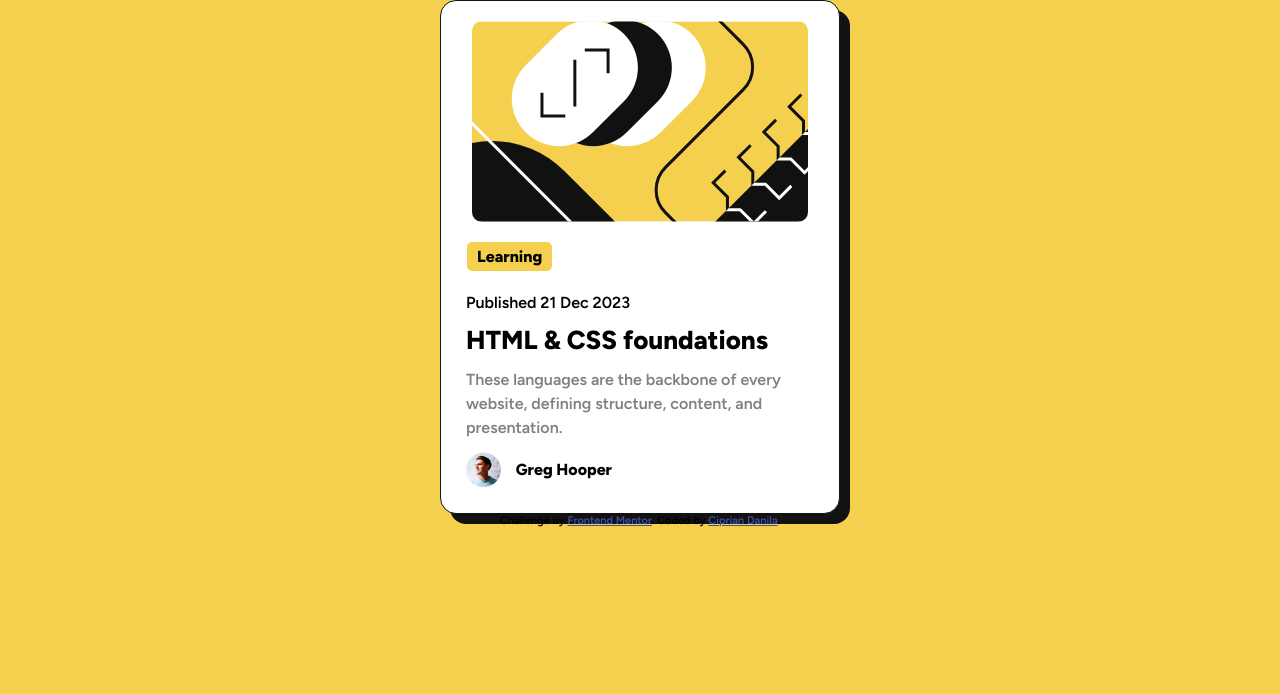
Repository: cipdanila/blog-preview-card
Page: index.html
These files come from the project's save history. The page is drawn as it stood at one moment and after the next save; the edit follows.
The browser window is 1280 px wide. The pictures show the whole page.

Above is the page before, as saved 2024-01-26 19:12:53.

### index.html
<!DOCTYPE html>
<html lang="en">
<head>
  <meta charset="UTF-8">
  <meta name="viewport" content="width=device-width, initial-scale=1.0"> <!-- displays site properly based on user's device -->

  <link rel="icon" type="image/png" sizes="32x32" href="./assets/images/favicon-32x32.png">
  <link rel="stylesheet" href="style.css">
  <title>Frontend Mentor | Blog preview card</title>

</head>
<body>
  <main>
    <div class="container">
      <div class="image">
        <img src="./assets/images/illustration-article.svg" alt="illustration article">
      </div>
      <div class="general">
        <div class="learning">
          <p>Learning</p>
        </div>
        <div class="publish">
          <p>Published 21 Dec 2023</p>
        </div>
        <div class="title">
          <h1>HTML & CSS foundations</h1>
        </div>
        <div class="info">
          <p>
            These languages are the backbone of every website, defining structure, content, and presentation.
          </p>
        </div>
        <div class="avatar">
          <img src="./assets/images/image-avatar.webp" alt="avatar">
          <p>Greg Hooper</p>
        </div>
      </div>
    </div>
  </main>

  <footer>
    <div class="attribution">
        Challenge by
        <a
            href="https://www.frontendmentor.io/challenges/blog-preview-card-ckPaj01IcS"
            target="_blank"
            rel="noopener noreferer"
            >Frontend Mentor</a
        >. Coded by <a href="https://github.com/cipdanila" target="_blank" rel="noopener noreferer">Ciprian Danila</a>.
    </div>
</footer>
</body>
</html>

### style.css
@import url('https://fonts.googleapis.com/css2?family=Figtree:wght@600;800&display=swap');

:root {
    /* Colors */
    /* Primary */
    --yellow: hsl(47, 88%, 63%);

    /* Neutral */
    --white: hsl(0, 0%, 100%);
    --grey: hsl(0, 0%, 50%);
    --black: hsl(0, 0%, 7%);
}

* {
    margin: 0;
    padding: 0;
    box-sizing: border-box;
}

body {
    display: flex;
    flex-direction: column;
    font-family: 'Figtree', sans-serif;
    font-size: 16px;
    font-weight: 600;
    background-color: var(--yellow);
}

.container {
    min-width: 400px;
    width: 30%;
    margin: auto;
    padding: 1.25rem 0.625rem;
    border-radius: 1rem;
    border: 1px solid var(--black);
    box-shadow: 10px 10px var(--black);
    display: flex;
    flex-direction: column;
    align-items: center;
    background-color: var(--white);
}

.image img {
    border-radius: 0.625rem;
}

.general {
    display: flex;
    flex-direction: column;
    align-self: start;
}

.learning {
    width: fit-content;
    background-color: var(--yellow);
    margin: 1rem;
    padding: 5px 10px;
    border-radius: 5px;
    font-weight: 800;
}

.publish, .title, .info {
    width: auto;
    margin: 5px;
    padding: 1px 10px;
}

.title h1 {
    font-weight: 800;
    font-size: 1.625rem;
}

.info p {
    color: var(--grey);
    line-height: 1.5;
    font-weight: 100;
}

.avatar {
    width: auto;
    display: flex;
    align-items: center;
    margin: 5px;
    padding: 1px 10px;
}

.avatar img {
    width: 10%;
}

.avatar p {
    display: inline-block;
    margin: 5px;
    padding: 1px 10px;
    font-weight: 800;
}

.attribution {
    font-size: 11px;
    text-align: center;
}
.attribution a {
    color: hsl(228, 45%, 44%);
}

/* @media (max-width: 576px) {
    .container {
        max-width: 100%;
    }
}

@media (min-width: 1440px) {
    .container {
        max-width: 1200px;
    }
} */

After the next save:
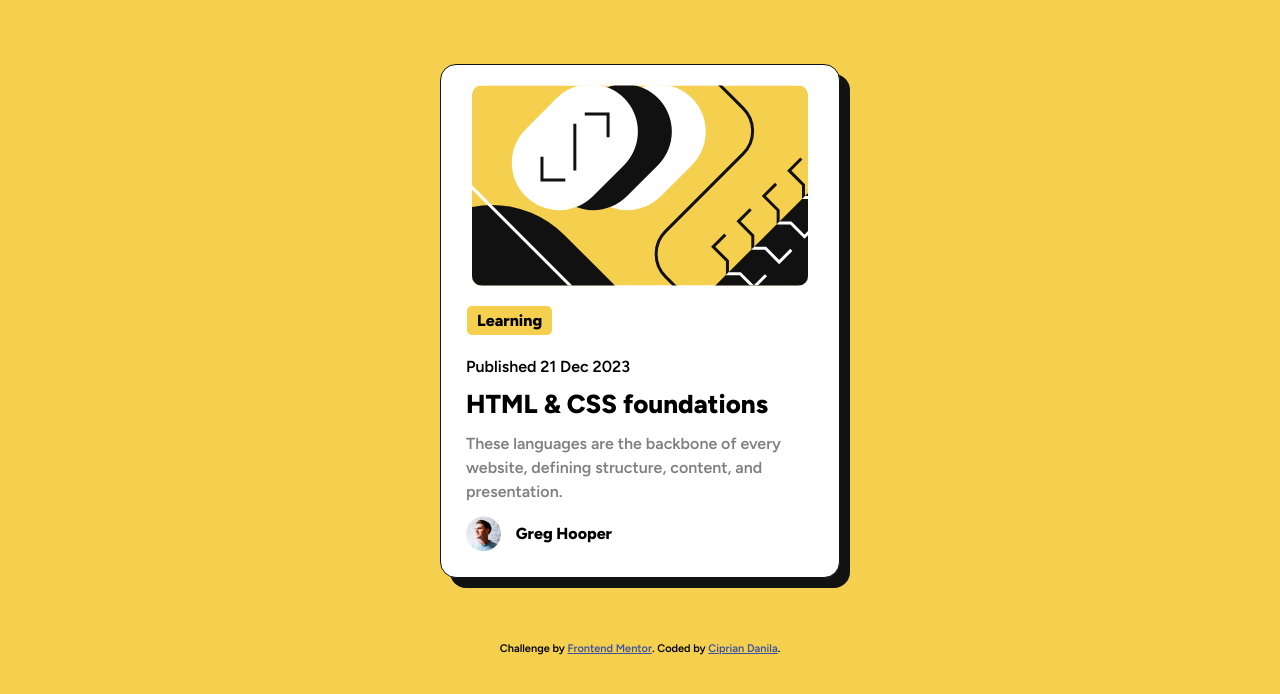
Saved 97 s later.
--- a/style.css
+++ b/style.css
@@ -29,7 +29,7 @@
 .container {
     min-width: 400px;
     width: 30%;
-    margin: auto;
+    margin: 4rem auto;
     padding: 1.25rem 0.625rem;
     border-radius: 1rem;
     border: 1px solid var(--black);
